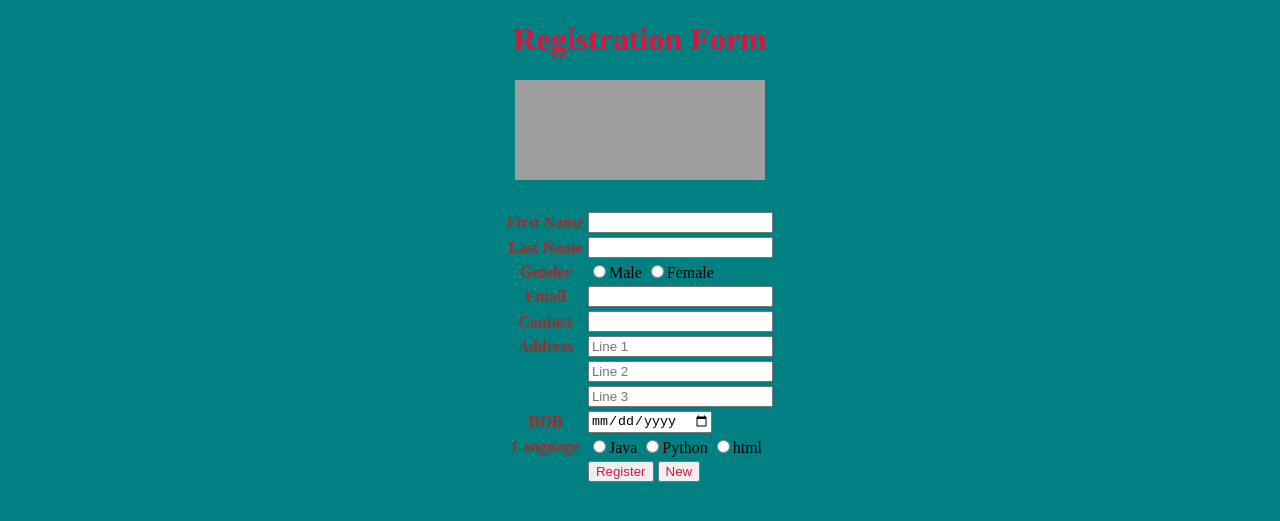
Repository: raviraj226/AdvanceJava
Page: http://localhost/Ravi_Maven/RegistrationForm.jsp
The author's editor kept a copy of each file at every save. The page is drawn from the files as they stood at one save, then again after the next save.
The browser window is 1280 px wide. The pictures show the whole page.
Pictures or frames that could not be fetched are drawn as grey boxes. The page is served by Tomcat 9.

Above is the page before, as saved 2022-03-11 11:04:12.

After the next save:
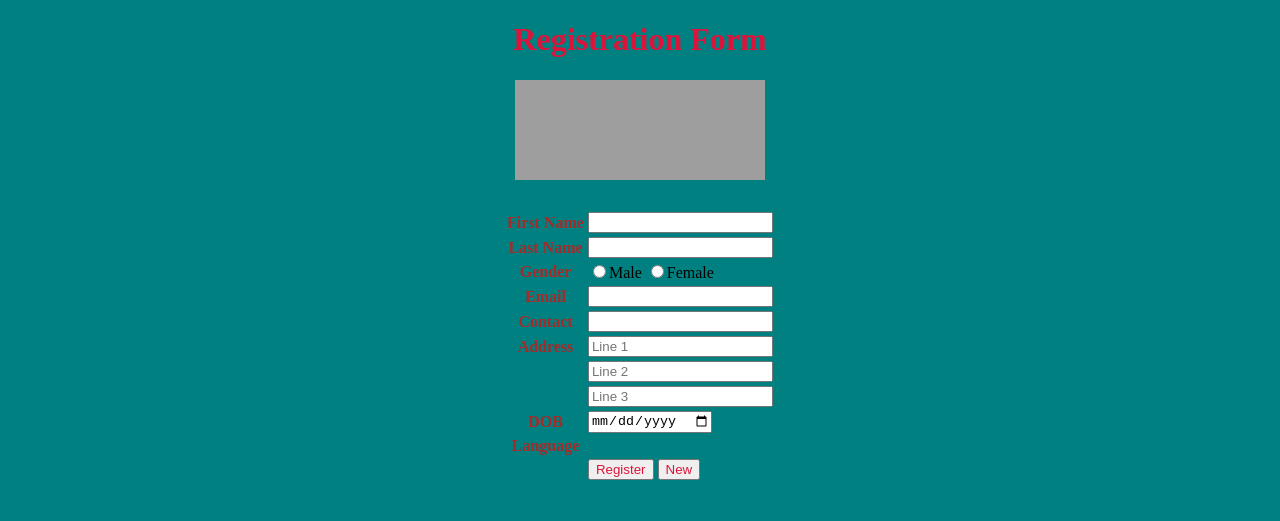
Saved 54 s later.
--- a/Advance Java/Ravi_Maven/src/main/webapp/RegistrationForm.jsp
+++ b/Advance Java/Ravi_Maven/src/main/webapp/RegistrationForm.jsp
@@ -72,11 +72,7 @@
                 <th>
                     <label for="fName" style="color: brown;">Language</label>
                 </th>
-                <td>
-                    <input type="radio" name="1">Java
-                    <input type="radio" name="1">Python
-                    <input type="radio" name="2">html
-                </td>
+
             </tr>
             <tr>
                 <th></th>
